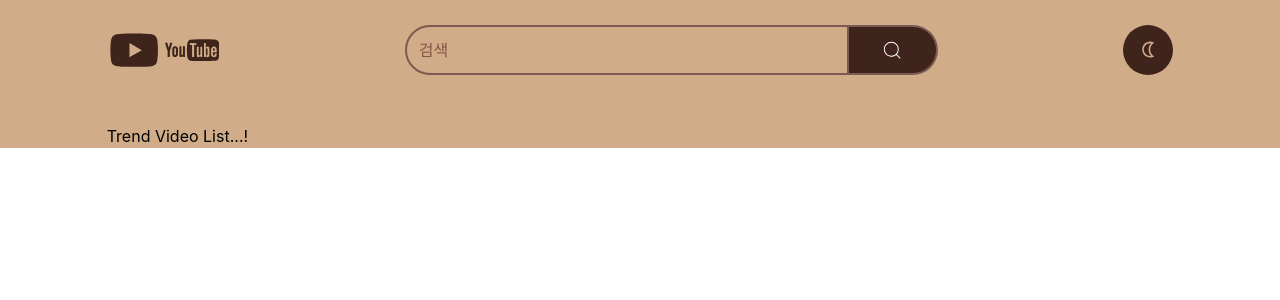
Repository: dnjfht/self-youtube2
Page: /
An editor plug-in stored every save of this project. The page is shown before and after the next save, followed by the edit.
The browser window is 1280 px wide. The pictures show the whole page.
The project was rebuilt for these pictures with package versions that can differ from the ones it lists, and the page was loaded fresh each time. Also part of the build but not shown: src/pages/NotFoundPage.jsx, src/pages/Detail.jsx.

Above is the page before, as saved 2023-06-28 12:00:11.

### src/App.js
import { RouterProvider, createBrowserRouter } from "react-router-dom";
import Root from "./pages/Root";
import Videos from "./pages/Videos";
import NotFoundPage from "./pages/NotFoundPage";
import Detail from "./pages/Detail";

function App() {
  const router = createBrowserRouter([
    {
      path: "/",
      element: <Root />,
      children: [
        { index: true, element: <Videos /> },
        { path: "/videos", element: <Videos /> },
        { path: "/videos/:keyword", element: <Videos /> },
        { path: "/videos/watch/:videoId", element: <Detail /> },
        { path: "*", element: <NotFoundPage /> },
      ],
    },
  ]);
  return <RouterProvider router={router} />;
}

export default App;

### src/pages/Root.jsx
import React from "react";
import Navbar from "../components/Navbar";
import { Outlet } from "react-router-dom";
import { DarkModeProvider } from "../context/DarkModeContext";

export default function Root() {
  return (
    <DarkModeProvider>
      <div>
        <Navbar />
        <Outlet />
      </div>
    </DarkModeProvider>
  );
}

### src/pages/Videos.jsx
import React, { useContext } from "react";
import { DarkModeContext } from "../context/DarkModeContext";
import { useParams } from "react-router-dom";

export default function Videos() {
  const { darkMode } = useContext(DarkModeContext);
  const { keyword } = useParams();

  return (
    <div className={`${darkMode ? "bg-[#1f1e1e]" : "bg-[#d0ac88]"} w-full`}>
      <div className="w-10/12 mx-auto pt-6">
        {`${keyword ? keyword : "Trend "} Video List...!`}
      </div>
    </div>
  );
}

### src/components/Navbar.jsx
import React, { useContext, useEffect, useState } from "react";
import { useNavigate, useParams } from "react-router-dom";

import { AiFillYoutube } from "react-icons/ai";
import { ImYoutube2 } from "react-icons/im";
import { MdOutlineLightMode, MdOutlineNightlight } from "react-icons/md";
import { CiSearch } from "react-icons/ci";
import { DarkModeContext } from "../context/DarkModeContext";

export default function Navbar() {
  const [text, setText] = useState("");

  const navigate = useNavigate();
  const { keyword } = useParams();
  console.log(keyword);
  const { darkMode, toggleDarkMode } = useContext(DarkModeContext);

  const handleTextChange = (e) => {
    setText(e.target.value);
  };

  const handleSearchKeyword = (e) => {
    e.preventDefault();

    navigate(`/videos/${text}`);
  };

  useEffect(() => {
    if (keyword) {
      setText(keyword);
    } else if (keyword === undefined) {
      setText("");
    }
  }, [keyword]);

  return (
    <div
      className={`${
        darkMode ? "bg-[#1f1e1e]" : "bg-[#d0ac88]"
      } w-full h-[100px]`}
    >
      <div className="w-10/12 h-[100%] mx-auto flex items-center justify-between">
        {/*youtube logo*/}
        <button
          className={`${
            darkMode ? "text-[white]" : "text-[#3f241b]"
          } text-[3.4rem] flex items-center`}
          onClick={() => {
            navigate("/");
          }}
        >
          <div className={`${darkMode ? "text-[#b92525]" : ""} mr-1`}>
            <AiFillYoutube />
          </div>
          <div>
            <ImYoutube2 />
          </div>
        </button>

        {/* 검색창 input */}
        <form
          className="w-6/12 h-full flex items-center"
          onSubmit={handleSearchKeyword}
        >
          <input
            className={`${
              darkMode
                ? "border-[white] placeholder:text-[#fbf9f8ae] text-[#ffffff]"
                : "border-[#7b5b51] placeholder:text-[#845648] text-[#41261e]"
            } w-10/12 h-[50px] p-3 box-border rounded-l-full bg-transparent border-[2px] border-solid outline-none`}
            type="text"
            value={text}
            onChange={handleTextChange}
            placeholder="검색"
          />
          <button
            type="submit"
            className={`${
              darkMode
                ? "border-[white] bg-[white] text-[#1f1e1e]"
                : "border-[#7b5b51] bg-[#3f241b] text-white"
            } w-2/12 h-[50px] py-3 rounded-r-full border-r-[2px] border-y-[2px] border-solid text-[1.4rem] flex items-center justify-center`}
          >
            <CiSearch />
          </button>
        </form>

        {/* darkMode button */}
        <button
          className={`${
            darkMode
              ? "bg-[#ffffff] text-[#1f1e1e]"
              : "bg-[#3f241b] text-[#d0ac88]"
          } w-[50px] h-[50px] rounded-full text-[1.2rem] flex justify-center items-center`}
          onClick={toggleDarkMode}
        >
          {darkMode && <MdOutlineLightMode />}
          {!darkMode && <MdOutlineNightlight />}
        </button>
      </div>
    </div>
  );
}

### src/context/DarkModeContext.jsx
import { createContext, useState } from "react";

export const DarkModeContext = createContext();

export function DarkModeProvider({ children }) {
  const [darkMode, setDarkMode] = useState(false);

  const toggleDarkMode = () => {
    setDarkMode((prev) => !prev);
  };

  return (
    <DarkModeContext.Provider value={{ darkMode, toggleDarkMode }}>
      {children}
    </DarkModeContext.Provider>
  );
}

Loaded but not shown: public/index.html (common file); src/index.js (common file); src/index.css (common file); src/reportWebVitals.js (common file); tailwind.config.js (common file)

After the next save:
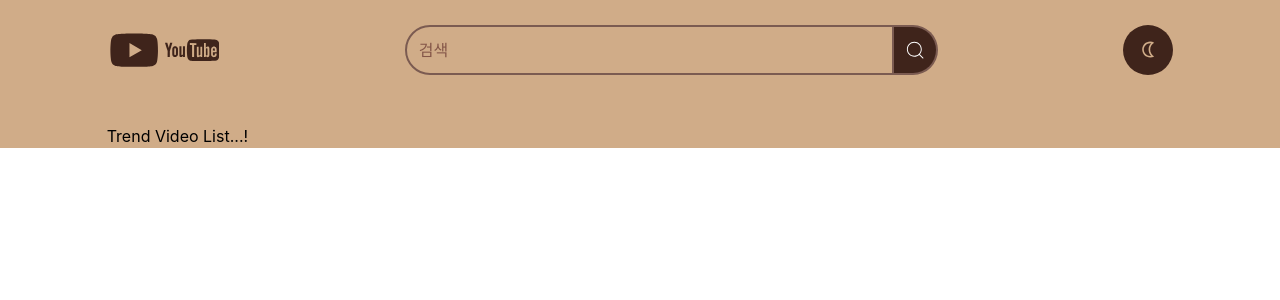
Saved 8 s later.
--- a/src/components/Navbar.jsx
+++ b/src/components/Navbar.jsx
@@ -67,7 +67,7 @@
               darkMode
                 ? "border-[white] placeholder:text-[#fbf9f8ae] text-[#ffffff]"
                 : "border-[#7b5b51] placeholder:text-[#845648] text-[#41261e]"
-            } w-10/12 h-[50px] p-3 box-border rounded-l-full bg-transparent border-[2px] border-solid outline-none`}
+            } w-11/12 h-[50px] p-3 box-border rounded-l-full bg-transparent border-[2px] border-solid outline-none`}
             type="text"
             value={text}
             onChange={handleTextChange}
@@ -79,7 +79,7 @@
               darkMode
                 ? "border-[white] bg-[white] text-[#1f1e1e]"
                 : "border-[#7b5b51] bg-[#3f241b] text-white"
-            } w-2/12 h-[50px] py-3 rounded-r-full border-r-[2px] border-y-[2px] border-solid text-[1.4rem] flex items-center justify-center`}
+            } w-1/12 h-[50px] py-3 rounded-r-full border-r-[2px] border-y-[2px] border-solid text-[1.4rem] flex items-center justify-center`}
           >
             <CiSearch />
           </button>
